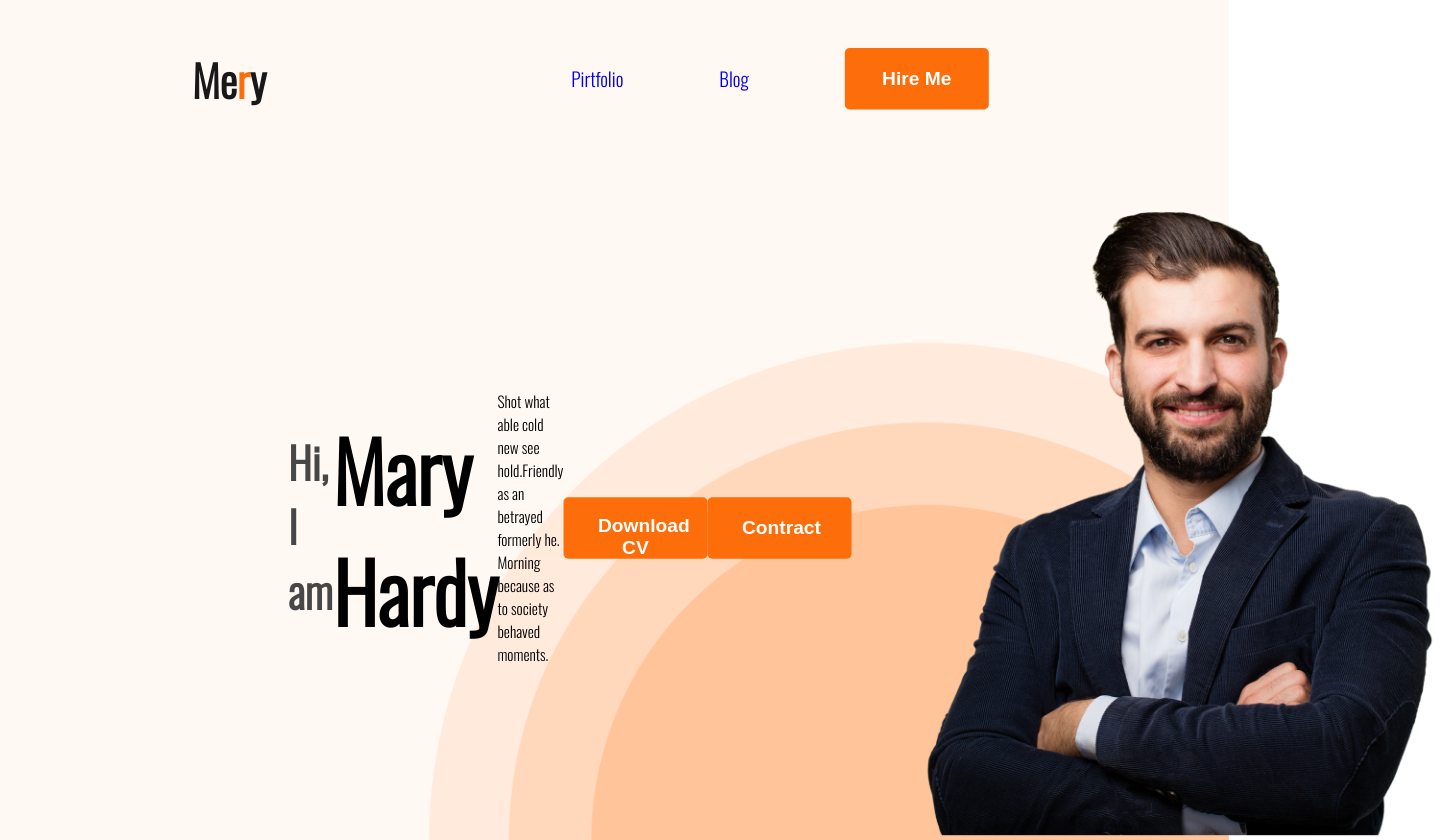
Repository: sumonkumarsarkar/my-website-personal
Page: index.html
The author's editor kept a copy of each file at every save. The page is drawn from the files as they stood at one save, then again after the next save.
The browser window is 1280 px wide. The page is 1501 px wide, then 1280 px, so the pictures cover 1501 px, including what lies to the right of the window. The pictures show the whole page, at 96% of full size.

Above is the page before, as saved 2024-01-06 10:44:22.

### index.html
<!DOCTYPE html>
<html lang="en">
<head>
    <meta charset="UTF-8">
    <meta name="viewport" content="width=device-width, initial-scale=1.0">
    <title>My Personal Website</title>
    <link rel="preconnect" href="https://fonts.googleapis.com">
    <link rel="preconnect" href="https://fonts.gstatic.com" crossorigin>
    <link href="https://fonts.googleapis.com/css2?family=Open+Sans:wght@700;800&family=Oswald:wght@300&display=swap" rel="stylesheet">
    <link rel="stylesheet" href="./style.css">
</head>
<body>
    <header class="header">
        <nav>
            <h3 class="nav-title">Me<span class="text-primary">r</span>y</h3>
            <ul>
                <li ><a href="#">Pirtfolio</a></li>
                <li ><a href="#">Blog</a></li>
                <li ><button type="button" class="btn-button">Hire Me</button></li>
            </ul>
        </nav>

        <div class="banner">
            <div class="banner part">
                <h3 class="banner-greeting">Hi, I  am</h3>
                <h1 class="banner-title">Mary Hardy</h1>
                <p>Shot what able cold new see hold.Friendly as an betrayed formerly he. Morning because as to society behaved moments.</p>
                <button type="button" class="btn-button">Download CV</button>
                <button class="btn-button" type="button">Contract</button>
            </div>
            <div>
        <img class="profile-picture" src="./images/hardy.png" alt="">
            </div>

        </div>
    </header>
</body>
</html>

### style.css
*{
    margin: 0;
    padding: 0;
}
body{
    font-family: 'Open Sans', sans-serif;
      font-family: 'Oswald', sans-serif;
}
nav{
    display: flex;
   align-items: center;
    justify-content:space-between;
    margin: 0 200px;
}

.nav-title{
    font-size:45px;
    color:#181818;
    line-height: normal;
    font-weight: 800;
}
.text-primary{

    color:#FD6E0A;

}
nav ul{
    display:flex;
   align-items: center;
}
nav a{
    text-decoration:none;
}
nav li{
 list-style: none;
 margin:50px;
font-size:20px;
color:#474747;
text-align:center;
}

.btn-button{
    height:64px;
    width: 150px;
    color: #ffff;
    background: #FD6E0A;
    border-radius: 5px;
    font-size: 20px;
    border:0;
    font-weight: 700;
    padding: 18px 36px;
}

.header{

    background: #FFF8F3;
    background-image: url(./images/header_bg.png);
    background-repeat: no-repeat;
    background-position: bottom right;
}
.banner{
    padding: 30px 30px 0 150px;
    display: flex;
    align-items: center;
    justify-content: space-between;
}
.banner-part{
    max-width:800px;
}
.banner .profile-picture{
    height:676px;
    width: 584px;
}
.banner-greeting{
    font-size: 45px;
    color: #474747;
    margin-bottom: 5px;
}
.banner-title{
    font-size: 85px;
    font-weight: 700;
    margin-top: 5px;
}

After the next save:
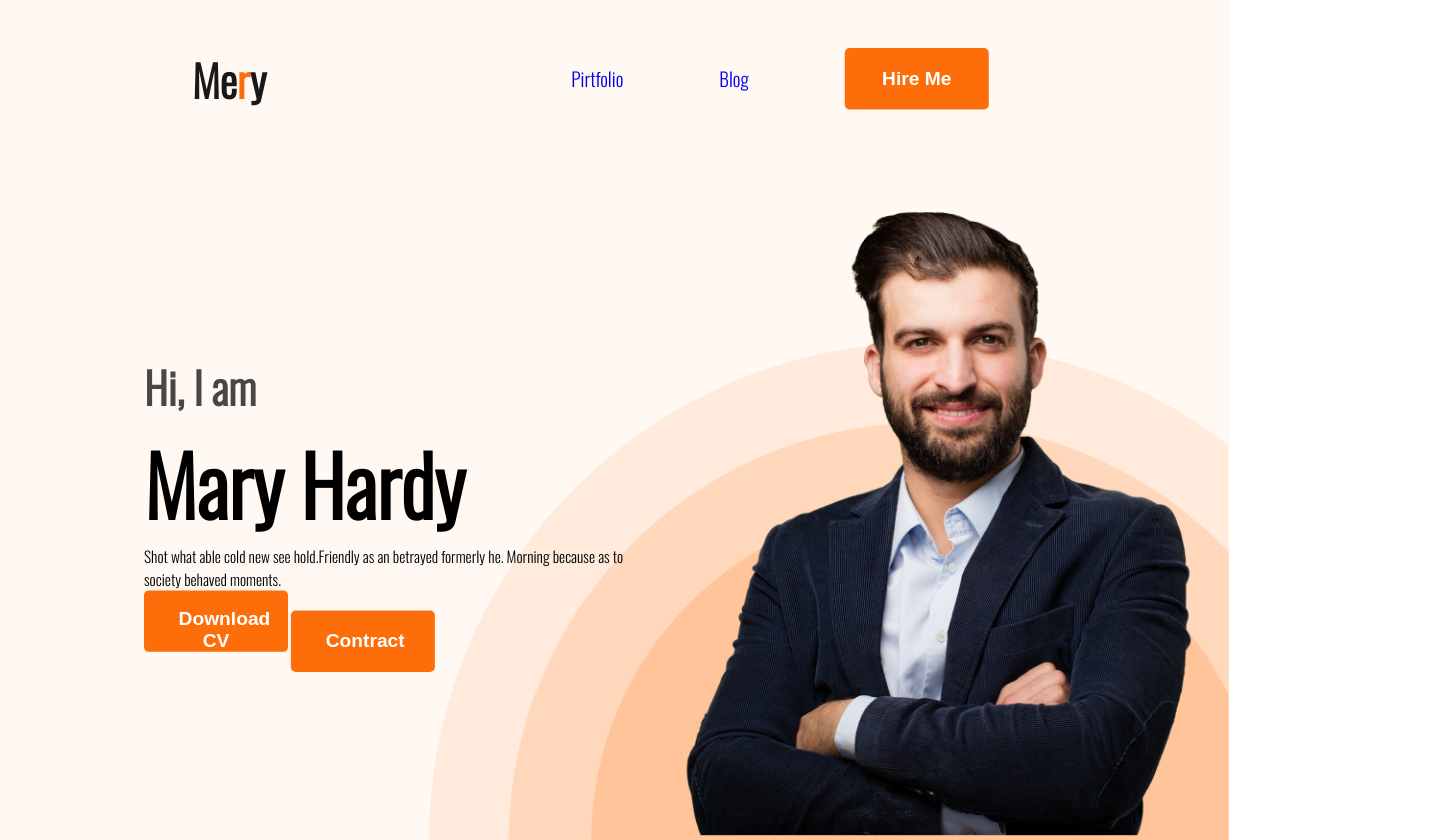
Saved 12 s later.
--- a/index.html
+++ b/index.html
@@ -21,7 +21,7 @@
         </nav>
 
         <div class="banner">
-            <div class="banner part">
+            <div class="banner-part">
                 <h3 class="banner-greeting">Hi, I  am</h3>
                 <h1 class="banner-title">Mary Hardy</h1>
                 <p>Shot what able cold new see hold.Friendly as an betrayed formerly he. Morning because as to society behaved moments.</p>
